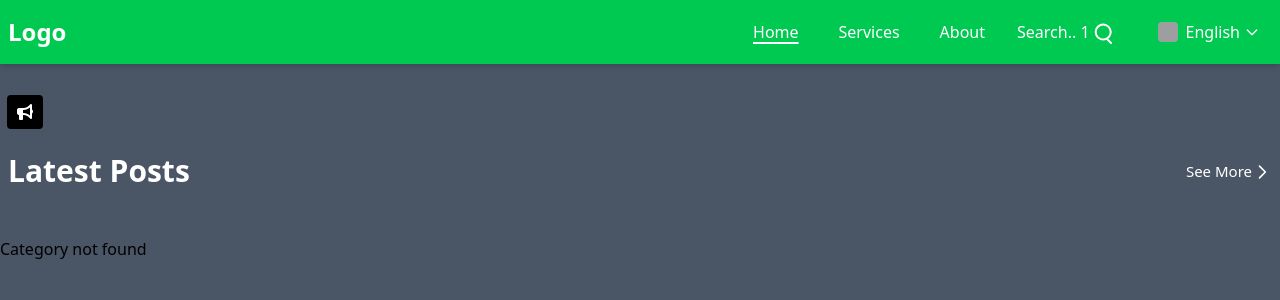
Repository: saroeuntola/we-share
Page: http://localhost/?lang=en
An editor plug-in stored every save of this project. The page is shown before and after a run of saves, followed by the edit.
The browser window is 1280 px wide. The pictures show the whole page.
Pictures or frames that could not be fetched are drawn as grey boxes. The page is run by PHP 8.4 with error messages shown; the project is at /var/www/html/. Style sheets and scripts are compiled from the project's sources, by tool versions that may differ from the author's. Queries for data that is not in the repository find no rows.

Above is the page before, as saved 2025-08-28 12:17:11.

### index.php
<!DOCTYPE html>
<html lang="en">

<head>
    <meta charset="UTF-8">
    <meta name="viewport" content="width=device-width, initial-scale=1.0">
    <title>Latest Posts</title>
    <link rel="stylesheet" href="./assets/css/output.css">
    <link rel="stylesheet" href="./assets/css/custom.css">
    <link rel="stylesheet" href="https://cdnjs.cloudflare.com/ajax/libs/font-awesome/6.0.0-beta3/css/all.min.css" />
    <script src="https://code.jquery.com/jquery-3.6.0.min.js"></script>
</head>

<body class="bg-gray-600">
    <header class="fixed z-10 w-full" id="header">
        <?php
        include 'head-bar.php'
        ?>
    </header>

    <main class="max-w-7xl m-auto mt-[95px]">
        <section class="mb-6">
            <?php
            include 'key-frame.php'
            ?>
        </section>

        <section>
            <?php
            include 'last-post-card.php'
            ?>

        </section>

        <section class="mt-6">
            <?php
            include 'programing-card.php'
            ?>
        </section>

        <section class="mt-6">
            <?php
            include 'web-dev-card.php'
            ?>
        </section>
    </main>


</body>

</html>

### head-bar.php
<?php
$currentPage = basename($_SERVER['PHP_SELF']);
$lang = isset($_GET['lang']) && in_array($_GET['lang'], ['en', 'kh']) ? $_GET['lang'] : 'en';
$currentSlug = isset($_GET['slug']) ? $_GET['slug'] : null;

function buildLangUrl($langTarget, $currentPage, $currentSlug)
{
    $params = ['lang' => $langTarget];
    if ($currentPage === 'detail.php' && $currentSlug) {
        $params['slug'] = $currentSlug;
    }
    return $currentPage . '?' . http_build_query($params);
}

// ✅ Helper to check active page
function navItem($page, $label, $lang, $currentPage, $currentSlug)
{
    $isActive = (strpos($currentPage, $page) !== false || ($page === '/' && $currentPage === 'index.php'));
    $baseUrl = $page === '/' ? '/' : $page;
    $params = ['lang' => $lang];
    if ($currentPage === 'detail' && $currentSlug) {
        $params['slug'] = $currentSlug;
    }
    $href = $baseUrl . '?' . http_build_query($params);

    $activeClass = $isActive
        ? 'text-white underline underline-offset-4 decoration-2'  // active link underline
        : 'text-white hover:underline hover:underline-offset-4 hover:decoration-2'; // hover underline

    $langClass = ($lang === 'kh') ? 'khmer-font-nav' : '';

    return "<a href=\"{$href}\" class=\"{$langClass} rounded-md text-base font-medium p-2 {$activeClass}\">{$label}</a>";
}



$menu = [
    'home' => $lang === 'en' ? 'Home' : 'ទំព័រដើម',
    'services' => $lang === 'en' ? 'Services' : 'សេវាកម្ម',
    'about' => $lang === 'en' ? 'About' : 'អំពីយើង',
    'faq' => $lang === 'en' ? 'FAQs' : 'សំណួរ',
    'join' => $lang === 'en' ? 'Join Now' : 'ចូលរួម',
    'search' => $lang === 'en' ? 'Search...' : 'ស្វែងរក...'
];

$languageNames = [
    'en' => 'English',
    'kh' => 'Khmer'
];
?>
<style>
    .khmer-font-nav {
        font-family: "Moul", serif;
        font-weight: 400;
        font-style: normal;
        font-size: 14px;
    }
</style>
<nav class="bg-green-500 shadow-md w-full" id="header">
    <div class="max-w-7xl mx-auto px-2">
        <div class="flex justify-between h-16 items-center">

            <!-- Mobile: Hamburger + Logo -->
            <div class="flex items-center lg:hidden">
                <!-- Hamburger -->
                <button id="menu-btn" class="lg:hidden p-2 text-white cursor-pointer">
                    <!-- Hamburger Icon -->
                    <svg class="w-6 h-6" fill="none" stroke="currentColor" stroke-width="2"
                        viewBox="0 0 24 24" xmlns="http://www.w3.org/2000/svg">
                        <path stroke-linecap="round" stroke-linejoin="round" d="M4 6h16M4 12h16M4 18h16" />
                    </svg>
                </button>
                <script>
                    const menuBtn = document.getElementById('menu-btn');
                    const menuIcon = document.getElementById('menu-icon');
                    const closeIcon = document.getElementById('close-icon');

                    menuBtn.addEventListener('click', () => {
                        menuIcon.classList.toggle('hidden');
                        closeIcon.classList.toggle('hidden');
                    });
                </script>
                <!-- Logo -->
                <a href="#" class="text-2xl font-bold text-white ml-3">Logo</a>
            </div>
            <!-- Desktop: Logo + Menu -->
            <div class="hidden lg:flex justify-between items-center w-full">
                <!-- Logo -->
                <a href="#" class="text-2xl font-bold text-white">Logo</a>
                <!-- Menu Items -->
                <div class="flex space-x-6 items-center">
                    <!-- Desktop Menu Items -->
                    <div class="flex space-x-6 items-center">
                        <?= navItem('/', $menu['home'], $lang, $currentPage, $currentSlug) ?>
                        <?= navItem('services', $menu['services'], $lang, $currentPage, $currentSlug) ?>
                        <?= navItem('about', $menu['about'], $lang, $currentPage, $currentSlug) ?>
                    </div>


                    <!-- Search Icon -->
                    <div class="relative ">

                        <button id="search-icon" class="text-white focus:outline-none flex justify-between items-center cursor-pointer">
                            <p>Search.. <?= $lang === 'en' ?></p>
                            <svg class="w-6 h-6 mt-1" fill="none" stroke="currentColor" viewBox="0 0 24 24">
                                <path stroke-linecap="round" stroke-linejoin="round" stroke-width="2"
                                    d="M21 21l-4.35-4.35m0 0A7.5 7.5 0 1110.5 3a7.5 7.5 0 016.15 13.65z" />
                            </svg>
                        </button>
                    </div>

                    <!-- Desktop Language Dropdown -->
                    <div class="relative">
                        <button id="lang-btn-desktop" class="flex items-center text-white px-3 py-2 rounded-md hover:bg-green-600 focus:outline-none">
                            <img id="lang-flag-desktop" src="https://flagcdn.com/<?= $lang === 'en' ? 'us' : 'kh' ?>.svg" class="w-5 h-5 ml-2 rounded-sm" alt="Flag">
                            <span class="ml-2 font-medium"><?= $lang === 'en' ? 'English' : 'Khmer' ?></span>
                            <svg class="w-4 h-4 ml-1" fill="none" stroke="currentColor" viewBox="0 0 24 24">
                                <path stroke-linecap="round" stroke-linejoin="round" stroke-width="2" d="M19 9l-7 7-7-7" />
                            </svg>
                        </button>

                        <div id="lang-menu-desktop" class="hidden absolute right-0 mt-2 w-36 bg-white rounded-md shadow-lg z-50">
                            <?php foreach ($languageNames as $code => $name): ?>
                                <?php if ($code !== $lang): ?>
                                    <a href="<?= buildLangUrl($code, $currentPage, $currentSlug) ?>" class="flex items-center px-4 py-2 text-gray-700 hover:bg-gray-100 transition">
                                        <img src="https://flagcdn.com/<?= $code === 'en' ? 'us' : 'kh' ?>.svg" class="w-5 h-5 mr-2 rounded-sm" alt="<?= $name ?> Flag">
                                        <span class="flex-1 text-right"><?= $name ?></span>
                                    </a>
                                <?php endif; ?>
                            <?php endforeach; ?>
                        </div>
                    </div>


                </div>
            </div>

            <!-- Mobile: Search Icon + Language -->
            <div class="flex items-center lg:hidden space-x-2">
                <!-- Search Icon -->
                <button id="search-icon-mobile" class="text-white focus:outline-none flex justify-center items-center">
                    <p>Search..</p>
                    <svg class="w-6 h-6 mt-1" fill="none" stroke="currentColor" viewBox="0 0 24 24">
                        <path stroke-linecap="round" stroke-linejoin="round" stroke-width="2"
                            d="M21 21l-4.35-4.35m0 0A7.5 7.5 0 1110.5 3a7.5 7.5 0 016.15 13.65z" />
                    </svg>
                </button>

                <!-- Mobile Language Dropdown -->
                <div class="relative">
                    <button id="lang-btn-mobile" class="flex items-center text-white px-3 py-2 rounded-md hover:bg-green-600 focus:outline-none">
                        <img id="lang-flag-mobile" src="https://flagcdn.com/<?= $lang === 'en' ? 'us' : 'kh' ?>.svg" class="w-5 h-5 ml-2 rounded-sm" alt="Flag">
                        <span class="ml-2 font-medium"><?= $lang === 'en' ? 'English' : 'Khmer' ?></span>
                        <svg class="w-4 h-4 ml-1" fill="none" stroke="currentColor" viewBox="0 0 24 24">
                            <path stroke-linecap="round" stroke-linejoin="round" stroke-width="2" d="M19 9l-7 7-7-7" />
                        </svg>
                    </button>

                    <div id="lang-menu-mobile" class="hidden absolute right-0 mt-2 w-36 bg-white rounded-md shadow-lg z-50">
                        <?php foreach ($languageNames as $code => $name): ?>
                            <?php if ($code !== $lang): ?>
                                <a href="<?= buildLangUrl($code, $currentPage, $currentSlug) ?>" class="flex items-center px-4 py-2 text-gray-700 hover:bg-gray-100 transition">
                                    <img src="https://flagcdn.com/<?= $code === 'en' ? 'us' : 'kh' ?>.svg" class="w-5 h-5 mr-2 rounded-sm" alt="<?= $name ?> Flag">
                                    <span class="flex-1 text-right"><?= $name ?></span>
                                </a>
                            <?php endif; ?>
                        <?php endforeach; ?>
                    </div>
                </div>

            </div>
        </div>

        <!-- Mobile Collapsed Menu -->
        <div id="overlay" class="fixed inset-0 bg-black bg-opacity-50 hidden z-40"></div>
        <div id="mobile-menu"
            class="fixed top-0 left-0 h-full w-64 bg-green-600 text-white transform -translate-x-full transition-transform duration-300 ease-in-out z-50">

            <div class="flex flex-col px-5 py-3 space-y-4">
                <button id="close-btn" class="self-end text-white flex justify-end cursor-pointer">
                    ✕
                </button>
                <?= navItem('/', $menu['home'], $lang, $currentPage, $currentSlug) ?>
                <?= navItem('services', $menu['services'], $lang, $currentPage, $currentSlug) ?>
                <?= navItem('about', $menu['about'], $lang, $currentPage, $currentSlug) ?>
            </div>
        </div>


    </div>
</nav>

<!-- Search Modal (shared for Desktop & Mobile) -->
<div id="searchModal" class="fixed inset-0 bg-black bg-opacity-50 hidden z-50 flex items-center justify-center">
    <div class="bg-gray-600 w-full h-full max-w-4xl max-h-full overflow-y-auto relative p-4">
        <!-- Header -->
        <div class="flex justify-between items-center border-b pb-4">
            <h2 class="text-xl text-white font-bold"><?= $lang === 'en' ? 'Search Document' : 'ស្វែងរកឯកសារ' ?></h2>
            <button onclick="closeSearchModal()" class="text-white text-3xl font-bold cursor-pointer">&times;</button>
        </div>

        <!-- Search Input -->
        <div class="mt-4">
            <input type="text" id="search-box" placeholder="<?= $lang === 'en' ? 'Search...' : 'ស្វែងរក...' ?>"
                class="w-full px-4 py-3 rounded-md border focus:outline-none focus:ring-2 focus:ring-green-500 text-white">
        </div>

        <!-- Loading Indicator -->
        <div id="search-loading" class="hidden mt-2 text-white"><?= $lang === 'en' ? 'Loading...' : 'កំពុងផ្ទុក...' ?></div>

        <!-- Search Results Grid -->
        <div id="search-results" class="mt-4 grid grid-cols-1 sm:grid-cols-2 lg:grid-cols-3 gap-4">
            <div class="text-white col-span-full"><?= $lang === 'en' ? 'Type to search...' : 'វាយបញ្ចូលដើម្បីស្វែងរក...' ?></div>
        </div>
    </div>
</div>
<script src="https://cdn.jsdelivr.net/npm/alpinejs@3.x.x/dist/cdn.min.js" defer></script>

<script>
    const closeBtn = document.getElementById('close-btn');
    const mobileMenu = document.getElementById('mobile-menu');
    const overlay = document.getElementById('overlay');

    menuBtn.addEventListener('click', () => {
        mobileMenu.classList.remove('-translate-x-full');
        overlay.classList.remove('hidden');
    });

    closeBtn.addEventListener('click', () => {
        mobileMenu.classList.add('-translate-x-full');
        overlay.classList.add('hidden');
    });

    overlay.addEventListener('click', () => {
        mobileMenu.classList.add('-translate-x-full');
        overlay.classList.add('hidden');
    });




    // Desktop dropdown
    const langBtnDesktop = document.getElementById('lang-btn-desktop');
    const langMenuDesktop = document.getElementById('lang-menu-desktop');

    langBtnDesktop.addEventListener('click', (e) => {
        e.stopPropagation();
        langMenuDesktop.classList.toggle('hidden');
    });

    // Mobile dropdown
    const langBtnMobile = document.getElementById('lang-btn-mobile');
    const langMenuMobile = document.getElementById('lang-menu-mobile');

    langBtnMobile.addEventListener('click', (e) => {
        e.stopPropagation();
        langMenuMobile.classList.toggle('hidden');
    });

    // Close dropdowns when clicking outside
    document.addEventListener('click', () => {
        langMenuDesktop.classList.add('hidden');
        langMenuMobile.classList.add('hidden');
    });



    // Search Modal
    const searchIconDesktop = document.getElementById('search-icon');
    const searchIconMobile = document.getElementById('search-icon-mobile');
    const searchModal = document.getElementById('searchModal');
    const searchBox = document.getElementById('search-box');
    const searchResults = document.getElementById('search-results');
    const searchLoading = document.getElementById('search-loading');

    function openSearchModal() {
        searchModal.classList.remove('hidden');
        searchBox.focus();
    }

    function closeSearchModal() {
        searchModal.classList.add('hidden');
        searchBox.value = '';
        searchResults.innerHTML = '<div class="text-white col-span-full"><?= $lang === "en" ? "Type to search..." : "វាយបញ្ចូលដើម្បីស្វែងរក..." ?></div>';
    }

    searchIconDesktop.addEventListener('click', openSearchModal);
    searchIconMobile.addEventListener('click', openSearchModal);

    window.addEventListener('click', function(e) {
        if (e.target === searchModal) closeSearchModal();
    });

    function debounce(func, delay) {
        let timeout;
        return function() {
            clearTimeout(timeout);
            timeout = setTimeout(() => func.apply(this, arguments), delay);
        }
    }

    searchBox.addEventListener('input', debounce(function() {
        const query = this.value.trim();
        searchResults.innerHTML = '';
        if (!query) {
            searchResults.innerHTML = '<div class="text-white col-span-full"><?= $lang === "en" ? "Type to search..." : "វាយបញ្ចូលដើម្បីស្វែងរក..." ?></div>';
            searchLoading.classList.add('hidden');
            return;
        }
        searchLoading.classList.remove('hidden');

        fetch(`/weshare/search.php?q=${encodeURIComponent(query)}&lang=<?= $lang ?>`)
            .then(res => res.json())
            .then(data => {
                searchLoading.classList.add('hidden');
                searchResults.innerHTML = '';
                if (data.length === 0) {
                    searchResults.innerHTML = '<div class="text-white col-span-full"><?= $lang === "en" ? "No data found" : "រកមិនឃើញទិន្នន័យ។" ?></div>';
                } else {
                    data.forEach(item => {
                        const a = document.createElement('a');
                        a.href = `detail?slug=${item.slug}&lang=<?= $lang ?>`;
                        a.className = 'block border rounded p-3 hover:bg-white bg-white';
                        a.textContent = item.name;
                        searchResults.appendChild(a);
                    });
                }
            })
            .catch(err => {
                searchLoading.classList.add('hidden');
                console.error(err);
            });
    }, 300));
</script>

### last-post-card.php
<?php
include './admin/lib/db.php';
include './admin/lib/post_lib.php';
include './admin/lib/category_lib.php';
include './admin/lib/subcategory_lib.php';
$lang = isset($_GET['lang']) && in_array($_GET['lang'], ['en', 'kh']) ? $_GET['lang'] : 'en';

$postModel = new Post($lang);
$categoryModel = new Category($lang);
$subcategoryModel = new Subcategory($lang);

// Get latest 10 posts
$latestPosts = $postModel->getPosts();
usort($latestPosts, function ($a, $b) {
    return strtotime($b['created_at']) - strtotime($a['created_at']);
});
$displayPosts = array_slice($latestPosts, 0, 8);


?>

<style>
    .scroll-x {
        overflow-x: auto;
        white-space: nowrap;
        padding-bottom: 1rem;
    }

    p,
    h2 {
        color: white;
    }
</style>
<section class="px-2">
    <div class="flex justify-between items-center mb-6">
        <h1 class="text-xl lg:text-3xl md:text-2xl font-bold text-white">Latest Posts</h1>
        <a href="last-post"
            class="inline-flex items-center justify-center text-center text-white hover:text-green-400 text-[15px] transition ">
            See More
            <svg class="w-5 h-5 mt-[1px]" fill="none" stroke="currentColor" stroke-width="2"
                viewBox="0 0 24 24" xmlns="http://www.w3.org/2000/svg">
                <path stroke-linecap="round" stroke-linejoin="round" d="M9 5l7 7-7 7" />
            </svg>
        </a>
    </div>

    <!-- Desktop grid -->
    <div class="hidden md:grid md:grid-cols-3 lg:grid-cols-4 gap-2">
        <?php foreach ($displayPosts as $p): ?>
            <a href="detail.php?slug=<?= htmlspecialchars($p['slug']) ?>&lang=<?= $lang ?>">
                <div class="card bg-gray-800 rounded-lg shadow-md hover:shadow-lg overflow-hidden">
                    <?php if (!empty($p['image'])): ?>
                        <img src="./admin/posts/uploads/<?= htmlspecialchars($p['image']) ?>"
                            alt="<?= htmlspecialchars($p['name']) ?>"
                            class="w-full h-[90px] md:h-[130px] lg:h-[160px] object-cover rounded-none">
                    <?php endif; ?>
                    <div class="card-body px-4 py-2">
                        <h2 class="font-semibold text-lg mb-1"><?= htmlspecialchars($p['name']) ?></h2>

                    </div>
                </div>
            </a>

        <?php endforeach; ?>
    </div>

    <!-- Mobile horizontal scroll -->
    <div class="overflow-x-auto md:hidden py-2">
        <div class="flex space-x-2">
            <?php foreach ($displayPosts as $p): ?>
                <a href="detail.php?slug=<?= htmlspecialchars($p['slug']) ?>" class="flex-shrink-0">
                    <div
                        class="card bg-gray-800 rounded-lg shadow-md hover:shadow-lg overflow-hidden w-[167px] sm:w-[200px]">
                        <?php if (!empty($p['image'])): ?>
                            <img src="./admin/posts/uploads/<?= htmlspecialchars($p['image']) ?>"
                                alt="<?= htmlspecialchars($p['name']) ?>"
                                class="w-full h-[90px] sm:h-[120px] object-cover">
                        <?php endif; ?>
                        <div class="card-body px-2 py-1">
                            <h2 class="font-semibold text-sm break-words"><?= htmlspecialchars($p['name']) ?></h2>
                        </div>
                    </div>
                </a>
            <?php endforeach; ?>
        </div>
    </div>
</section>

### admin/lib/db.php

<?php

function dbConn()
{
   $servername = "localhost";
    $username = "root";
    $password = "";
    $db = "weshare";

    try {
        $conn = new PDO("mysql:host=$servername;dbname=$db", $username, $password);
        $conn->setAttribute(PDO::ATTR_ERRMODE, PDO::ERRMODE_EXCEPTION);
        return $conn;
    } catch (PDOException $e) {
        die("Connection failed: " . $e->getMessage());
    }
}

function dbClose(&$conn)
{
    $conn = null;
}

function dbSelect($table, $column = "*", $criteria = "", $clause = "")
{
    if (empty($table)) return false;

    $sql = "SELECT $column FROM $table";
    if (!empty($criteria)) $sql .= " WHERE $criteria";
    if (!empty($clause)) $sql .= " $clause";

    $conn = dbConn();
    try {
        $stmt = $conn->query($sql);
        $result = $stmt->fetchAll(PDO::FETCH_ASSOC);
        dbClose($conn);
        return $result;
    } catch (PDOException $e) {
        echo "Error in selecting data: " . $e->getMessage();
        return false;
    }
}

function dbInsert($table, $data = array())
{
    if (empty($table) || empty($data)) return false;

    $conn = dbConn();
    $fields = implode(", ", array_keys($data));
    $placeholders = ":" . implode(", :", array_keys($data));
    $sql = "INSERT INTO $table ($fields) VALUES ($placeholders)";

    try {
        $stmt = $conn->prepare($sql);
        $stmt->execute($data);
        dbClose($conn);
        return true;
    } catch (PDOException $e) {
        echo "Error inserting data: " . $e->getMessage();
        return false;
    }
}

function dbUpdate($table, $data = array(), $criteria = "")
{
    if (empty($table) || empty($data) || empty($criteria)) return false;

    $conn = dbConn();
    $setClause = "";
    foreach ($data as $key => $val) {
        $setClause .= "$key = :$key, ";
    }
    $setClause = rtrim($setClause, ", ");
    $sql = "UPDATE $table SET $setClause WHERE $criteria";

    try {
        $stmt = $conn->prepare($sql);
        $stmt->execute($data);
        dbClose($conn);
        return true;
    } catch (PDOException $e) {
        echo "Error updating data: " . $e->getMessage();
        return false;
    }
}

function dbDelete($table, $criteria)
{
    if (empty($table) || empty($criteria)) return false;

    $sql = "DELETE FROM $table WHERE $criteria";
    $conn = dbConn();

    try {
        $stmt = $conn->prepare($sql);
        $stmt->execute();
        dbClose($conn);
        return true;
    } catch (PDOException $e) {
        echo "Error deleting data: " . $e->getMessage();
        return false;
    }
}

function dbCount($table = "", $criteria = "")
{
    if (empty($table)) return false;

    $sql = "SELECT COUNT(*) as count FROM $table";
    if (!empty($criteria)) $sql .= " WHERE $criteria";

    $conn = dbConn();
    try {
        $stmt = $conn->query($sql);
        $result = $stmt->fetch(PDO::FETCH_ASSOC);
        dbClose($conn);
        return $result['count'];
    } catch (PDOException $e) {
        echo "Error counting data: " . $e->getMessage();
        return false;
    }
}

?>

### programing-card.php
<?php

$categoryModel = new Category();
$subcategoryModel = new Subcategory();
$postModel = new Post();

$categorySlug = "programming";

$programingCat = $categoryModel->getCategory($categorySlug);
if (!$programingCat) die("Category not found");

$subcategories = $subcategoryModel->getSubcategoriesByCategorySlug($categorySlug);

$filterSubSlug = $_GET['sub'] ?? null;

$limit = 8;
$posts = $filterSubSlug
    ? $postModel->getPostsByCategoryAndSubcategorySlug($categorySlug, $filterSubSlug, $limit)
    : $postModel->getPostsByCategorySlug($categorySlug, $limit);
?>

<section class="px-2">
    <div class="flex justify-between items-center mb-6">
        <h1 class="text-xl lg:text-3xl md:text-2xl font-bold text-white">Latest Posts</h1>
        <a href="programming"
            class="inline-flex items-center justify-center text-center text-white hover:text-green-400 text-[15px] transition ">
            See More
            <svg class="w-5 h-5 mt-[1px]" fill="none" stroke="currentColor" stroke-width="2"
                viewBox="0 0 24 24" xmlns="http://www.w3.org/2000/svg">
                <path stroke-linecap="round" stroke-linejoin="round" d="M9 5l7 7-7 7" />
            </svg>
        </a>
    </div>
    <!-- Desktop grid -->
    <div class="hidden md:grid md:grid-cols-3 lg:grid-cols-4 gap-2">
        <?php foreach ($posts as $p):
            $sub = $p['subcategory_id'] ? $subcategoryModel->getSubcategory($p['subcategory_id']) : null;
        ?>
            <a href="detail.php?slug=<?= htmlspecialchars($p['slug']) ?>">
                <div class="card bg-gray-800 rounded-lg shadow-md hover:shadow-lg overflow-hidden">
                    <?php if (!empty($p['image'])): ?>
                        <img src="./admin/posts/uploads/<?= htmlspecialchars($p['image']) ?>"
                            alt="<?= htmlspecialchars($p['name']) ?>"
                            class="w-full h-[90px] md:h-[130px] lg:h-[160px] object-cover rounded-none">
                    <?php endif; ?>
                    <div class="card-body px-4 py-2">
                        <h2 class="font-semibold text-lg mb-1"><?= htmlspecialchars($p['name']) ?></h2>

                    </div>
                </div>
            </a>

        <?php endforeach; ?>
    </div>

    <!-- Mobile horizontal scroll -->
    <div class="overflow-x-auto md:hidden py-2">
        <div class="flex space-x-2">
            <?php foreach ($posts as $p): ?>
                <a href="detail.php?slug=<?= htmlspecialchars($p['slug']) ?>" class="flex-shrink-0">
                    <div
                        class="card bg-gray-800 rounded-lg shadow-md hover:shadow-lg overflow-hidden w-[167px] sm:w-[200px]">
                        <?php if (!empty($p['image'])): ?>
                            <img src="./admin/posts/uploads/<?= htmlspecialchars($p['image']) ?>"
                                alt="<?= htmlspecialchars($p['name']) ?>"
                                class="w-full h-[90px] sm:h-[120px] object-cover">
                        <?php endif; ?>
                        <div class="card-body px-2 py-1">
                            <h2 class="font-semibold text-sm break-words"><?= htmlspecialchars($p['name']) ?></h2>
                        </div>
                    </div>
                </a>
            <?php endforeach; ?>
        </div>
    </div>
</section>

### assets/css/custom.css
#header {
  top: 0;
}
.khmer-font {
  font-family: 'Noto Sans Khmer', sans-serif;
}
.khmer-font-nav{
    font-family: "Moul", serif;
    font-weight: 400;
    font-style: normal;
}

Loaded but not shown: assets/css/input.css (common file); admin/lib/post_lib.php (256 lines, source omitted); admin/lib/subcategory_lib.php (169 lines, source omitted); key-frame.php (186 lines, source omitted); admin/lib/category_lib.php (116 lines, source omitted)

After the next 2 saves:
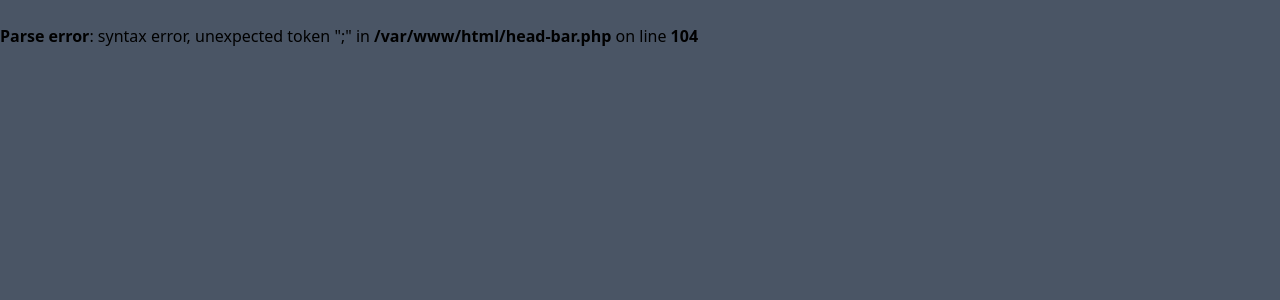
The 2 saves are shown as one change because they came seconds apart.
The last was saved 7 s later.
--- a/head-bar.php
+++ b/head-bar.php
@@ -101,7 +101,7 @@ $languageNames = [
                     <div class="relative ">
 
                         <button id="search-icon" class="text-white focus:outline-none flex justify-between items-center cursor-pointer">
-                            <p>Search.. <?= $lang === 'en' ?></p>
+                            <p>Search.. <?= $lang === 'en'?'' ?></p>
                             <svg class="w-6 h-6 mt-1" fill="none" stroke="currentColor" viewBox="0 0 24 24">
                                 <path stroke-linecap="round" stroke-linejoin="round" stroke-width="2"
                                     d="M21 21l-4.35-4.35m0 0A7.5 7.5 0 1110.5 3a7.5 7.5 0 016.15 13.65z" />
